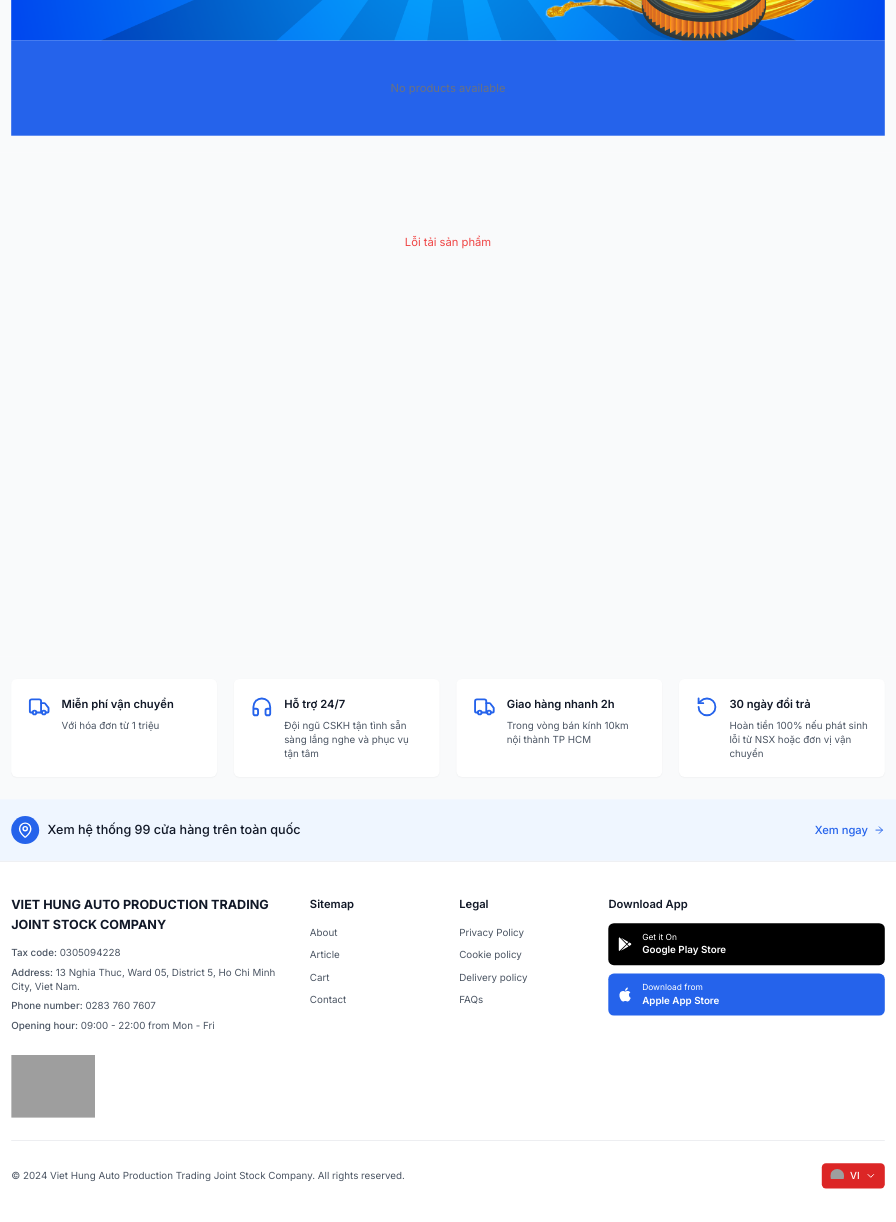
Repository: truonggiang2512/FristRound_Test
Page: /
An editor plug-in stored every save of this project. The page is shown before and after the next save, followed by the edit.
The browser window is 1280 px wide. The pictures show the part of the page from y = 657 to 2577 px (the page is 2403 px tall before and 2699 px after), at 70% of full size.
Pictures or frames that could not be fetched are drawn as grey boxes. The page's requests for data from a server got no answer. The project was rebuilt for these pictures with package versions that can differ from the ones it lists, and the page was loaded fresh each time. Some packages were replaced by stand-ins written for this rebuild. The framework's server and built-in components were replaced by stand-ins that run in the browser. No one was signed in, and anything a server would have sent is missing. Also part of the build but not shown: next.config.mjs, components/category-sidebar.tsx, components/category-grid.tsx, components/best-selling-section.tsx, components/mega-menu.tsx, components/cart-item.tsx, components/cart-dropdown.tsx, components/ui/label.tsx and 4 more.

Above is the page before, as saved 2025-05-25 12:56:46.

After the next save:
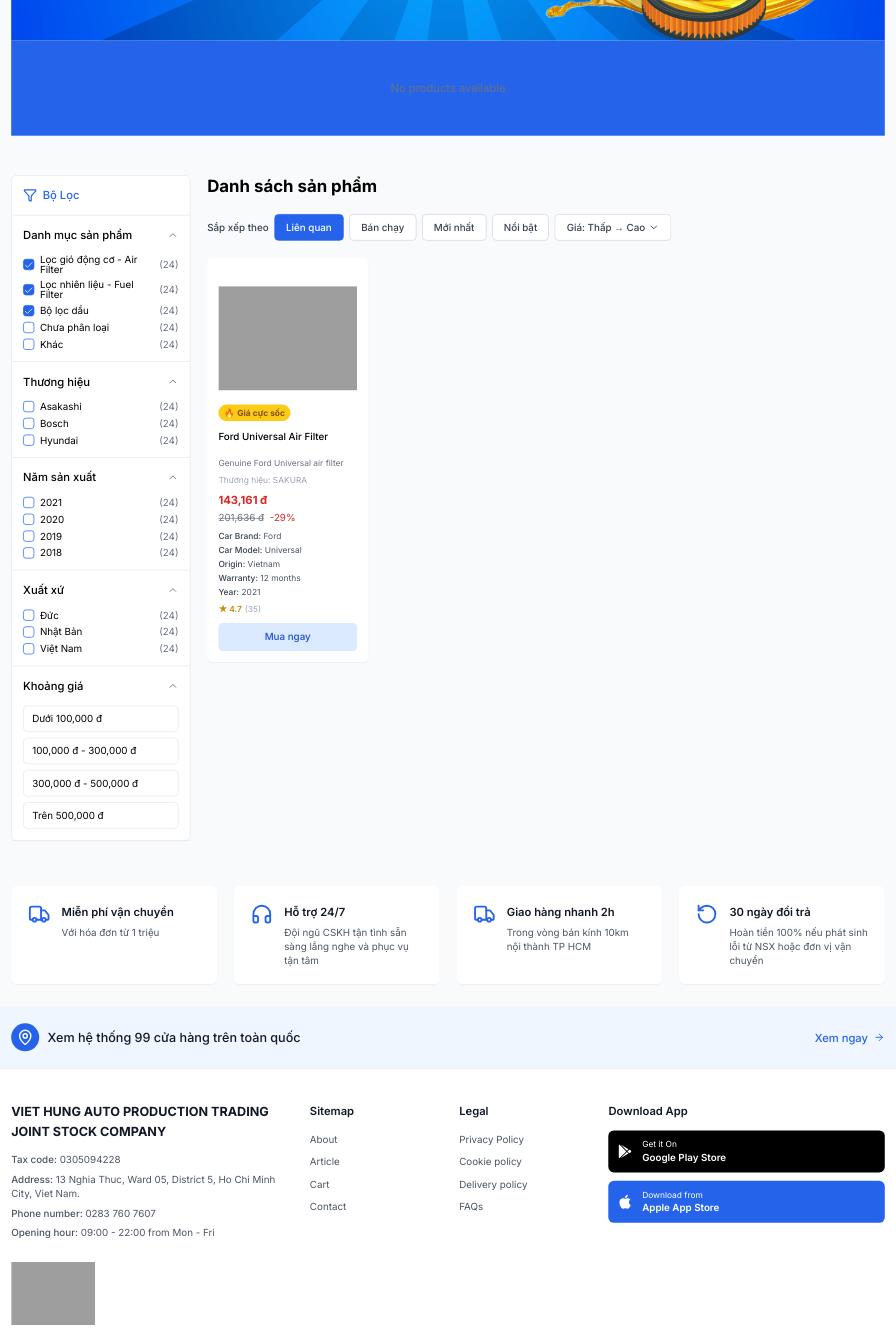
Saved 2 min 14 s later.
--- a/components/product-listing.tsx
+++ b/components/product-listing.tsx
@@ -3,8 +3,7 @@
 import { SortOptions } from "@/components/sort-options"
 import { FilterSidebar } from "@/components/filter-sidebar"
 import { ProductGrid } from "./product-grid"
-import { useState, useMemo } from "react"
-import { useProducts } from "@/lib/hooks/use-products"
+import { useState } from "react"
 
 // Sample data
 const categories = [
@@ -135,100 +134,21 @@
   const [activeFilters, setActiveFilters] = useState<{ [groupId: string]: Set<string> }>({})
   const [activePriceRange, setActivePriceRange] = useState<string | null>(null)
 
-  // Fetch all products from backend
-  const { data, isLoading, error } = useProducts()
-  const products = useMemo(() => (data?.data || []).map(mapProductFromDB), [data])
-
-  // Helper: categoryId to name
-  const categoryMap = useMemo(() => {
-    const map = new Map();
-    categories.forEach((cat) => {
-      map.set(cat.id, cat.name);
-    });
-    return map;
-  }, []);
-
-  // Generate filter options dynamically from products
-  const categoryOptions = useMemo(() => {
-    const map = new Map();
-    products.forEach((p: any) => {
-      if (p.categoryId) {
-        map.set(p.categoryId, (map.get(p.categoryId) || 0) + 1);
-      }
-    });
-    return Array.from(map.entries()).map(([id, count]) => ({
-      id,
-      label: categoryMap.get(id) || id,
-      count,
-    }));
-  }, [products, categoryMap]);
-
-  const brandOptions = useMemo(() => {
-    const map = new Map();
-    products.forEach((p: any) => {
-      if (p.brand) {
-        map.set(p.brand, (map.get(p.brand) || 0) + 1);
-      }
-    });
-    return Array.from(map.entries()).map(([id, count]) => ({
-      id: id.toLowerCase(),
-      label: id,
-      count,
-    }));
-  }, [products]);
-
-  // Attribute-based filter options
-  function getAttributeOptions(attrName: string) {
-    const map = new Map();
-    products.forEach((p: any) => {
-      p.attributes?.forEach((attr: any) => {
-        if (attr.name === attrName) {
-          map.set(attr.value, (map.get(attr.value) || 0) + 1);
-        }
-      });
-    });
-    return Array.from(map.entries()).map(([id, count]) => ({
-      id,
-      label: id,
-      count,
-    }));
-  }
-  const carBrandOptions = useMemo(() => getAttributeOptions("Car Brand"), [products]);
-  const modelOptions = useMemo(() => getAttributeOptions("Car Model"), [products]);
-  const yearOptions = useMemo(() => getAttributeOptions("Year"), [products]);
-  const originOptions = useMemo(() => getAttributeOptions("Origin"), [products]);
-  const warrantyOptions = useMemo(() => getAttributeOptions("Warranty"), [products]);
-
-  // Price range min/max
-  const minPrice = useMemo(() => Math.min(...products.map((p: any) => p.price)), [products])
-  const maxPrice = useMemo(() => Math.max(...products.map((p: any) => p.price)), [products])
-
-  // Build filterGroups for the sidebar
-  const filterGroups = [
-    { id: "categories", title: "Danh mục sản phẩm", options: categoryOptions },
-    { id: "brands", title: "Thương hiệu", options: brandOptions },
-    { id: "carBrand", title: "Hãng xe", options: carBrandOptions },
-    { id: "model", title: "Model", options: modelOptions },
-    { id: "year", title: "Năm sản xuất", options: yearOptions },
-    { id: "origin", title: "Xuất xứ", options: originOptions },
-    { id: "warranty", title: "Bảo hành", options: warrantyOptions },
-  ];
+  const products = productsFromDB.map(mapProductFromDB)
 
   // Filtering logic
-  const filteredProducts = useMemo(() => products.filter((product: any) => {
+  const filteredProducts = products.filter((product) => {
+    // Category, brand, year, origin, tags, etc.
     for (const group of filterGroups) {
       const active = activeFilters[group.id]
       if (active && active.size > 0) {
         if (group.id === "categories" && !active.has(product.categoryId)) return false
         if (group.id === "brands" && product.brand && !active.has(product.brand.toLowerCase())) return false
-        if (group.id === "carBrand" && product.attributes?.find((a: any) => a.name === "Car Brand") && !active.has(product.attributes.find((a: any) => a.name === "Car Brand")?.value)) return false
-        if (group.id === "model" && product.attributes?.find((a: any) => a.name === "Car Model") && !active.has(product.attributes.find((a: any) => a.name === "Car Model")?.value)) return false
         if (group.id === "year" && product.year && !active.has(product.year)) return false
-        if (group.id === "origin" && product.origin && !active.has(product.origin)) return false
-        if (group.id === "warranty" && product.attributes?.find((a: any) => a.name === "Warranty") && !active.has(product.attributes.find((a: any) => a.name === "Warranty")?.value)) return false
+        if (group.id === "origin" && product.origin && !active.has(product.origin.toLowerCase())) return false
       }
     }
-    // Price range (if you want to add a slider, implement here)
+    // Price range
     if (activePriceRange) {
       const range = priceRanges.find((r) => r.id === activePriceRange)
       if (range) {
@@ -237,7 +157,7 @@
       }
     }
     return true
-  }), [products, filterGroups, activeFilters, activePriceRange])
+  })
 
   // Handlers
   const handleFilterChange = (groupId: string, optionId: string, checked: boolean) => {
@@ -281,14 +201,6 @@
     }
   }
 
-  // Loading and error states
-  if (isLoading) {
-    return <div className="flex justify-center items-center h-64 text-gray-500">Đang tải sản phẩm...</div>
-  }
-  if (error) {
-    return <div className="flex justify-center items-center h-64 text-red-500">Lỗi tải sản phẩm</div>
-  }
-
   return (
     <div className="container mx-auto px-4 py-8">
       <div className="flex flex-col lg:flex-row gap-6">
@@ -296,7 +208,7 @@
         <div className="w-full lg:w-64 flex-shrink-0 lg:sticky lg:top-24 h-fit">
           <FilterSidebar
             filterGroups={filterGroups}
-            priceRanges={[]}
+            priceRanges={priceRanges}
             onFilterChange={handleFilterChange}
             onPriceRangeChange={handlePriceRangeChange}
           />
